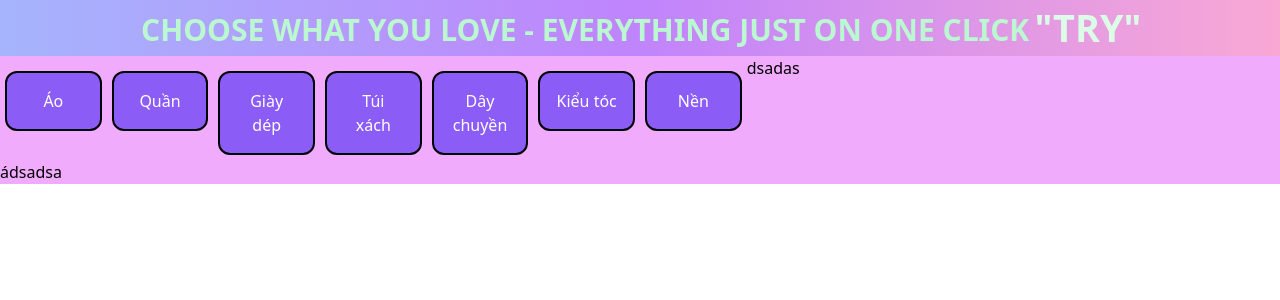
Repository: NguyenVietPhuQuy/ReactJs-TailWind-Redux-FunctionHook-ModelDesign
Page: / (app in modeldesign/)
An editor plug-in stored every save of this project. The page is shown before and after the next save, followed by the edit.
The browser window is 1280 px wide. The pictures show the whole page.
The project was rebuilt for these pictures with package versions that can differ from the ones it lists, and the page was loaded fresh each time. Also part of the build but not shown: modeldesign/src/App.css.

Above is the page before, as saved 2022-11-17 13:39:48.

After the next save:
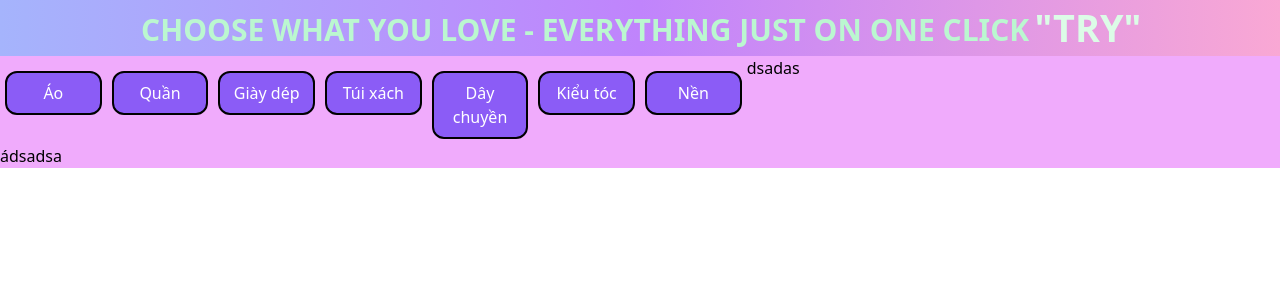
Saved 68 s later.
--- a/modeldesign/src/Components/Category.js
+++ b/modeldesign/src/Components/Category.js
@@ -9,7 +9,7 @@ function Category(props) {
             {returnValue.map((item) => {
                 return (
                     <div className="w-1/2" style={{marginTop: 10, padding:5}}>
-                        <button className="p-4 w-full rounded-xl text-white
+                        <button className="p-2 w-full rounded-xl text-white
                          bg-violet-500 hover:bg-violet-600 active:bg-violet-700 focus:outline-none"  style={{ border: "2px solid black"}} >{item.showName}</button>
                     </div>
                 )
